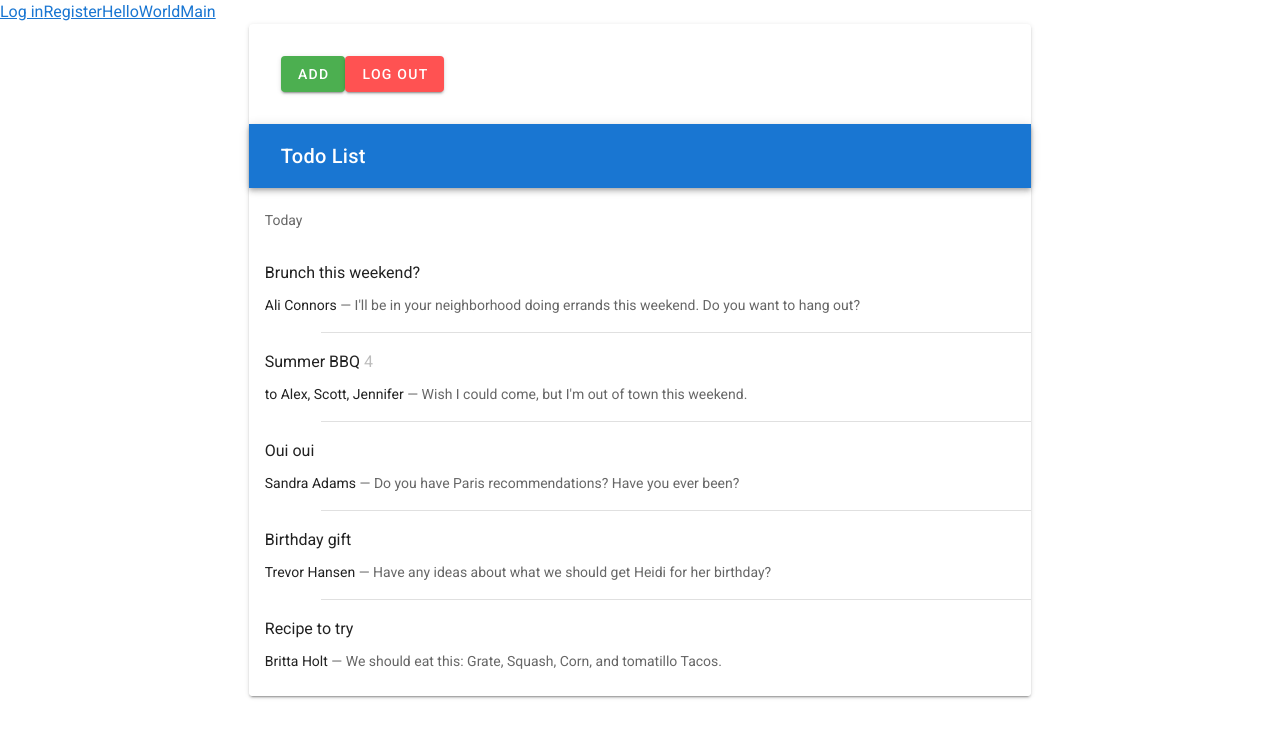
Repository: pao741/vue-todo
Page: /
These files come from the project's save history. The page is drawn as it stood at one moment and after the next save; the edit follows.
The browser window is 1280 px wide. The pictures show the whole page.
The project was rebuilt for these pictures with package versions that can differ from the ones it lists, and the page was loaded fresh each time. Also part of the build but not shown: vue.config.js, src/components/Login.vue, src/components/Register.vue, src/components/HelloWorld.vue.

Above is the page before, as saved 2021-02-11 13:09:55.

### src/main.js
import Vue from 'vue';
import Vuex from 'vuex';
// import VueRouter from 'vue-router';
import App from './App.vue';
import vuetify from './plugins/vuetify';
import firebase from './plugins/firebase';
import router from './router';

import 'vuetify/dist/vuetify.min.css';

Vue.config.productionTip = false;
Vue.use(Vuex);

const store = new Vuex.Store({
  state: {
    authenticated: false,
  },
  actions: {
    login(state) {
      state.authenticated = true;
    },
    logout(state) {
      state.authenticated = false;
    },
  },
});

new Vue({
  vuetify,
  router,
  firebase,
  store: store,
  render: (h) => h(App),
}).$mount('#app');

### src/App.vue
<template>
  <v-app>
    <v-main>
      <div>
        <router-link to="Login">Log in</router-link>
        <router-link to="Register">Register</router-link>
        <router-link to="HelloWorld">HelloWorld</router-link>
        <router-link to="/">Main</router-link>
        <router-view />
      </div>
    </v-main>
  </v-app>
</template>

<script>
// import Login from "./components/Login";

export default {
  name: "App",

  components: {
    // Login
  },

  data: () => ({
    //
  })
};
</script>

### src/plugins/firebase.js
import firebase from 'firebase/app';
import 'firebase/auth';

const firebaseConfig = {
  apiKey: 'AIzaSyDDoWONGwbdeV8-j0yTCmUjzBNPDUFN7Q8',
  authDomain: 'vue-todo-ae3e5.firebaseapp.com',
  projectId: 'vue-todo-ae3e5',
  storageBucket: 'vue-todo-ae3e5.appspot.com',
  messagingSenderId: '816401963007',
  appId: '1:816401963007:web:1f3f49cc385198e51af9ca',
  measurementId: 'G-G9PREJ9C9D',
};
// Initialize Firebase
firebase.initializeApp(firebaseConfig);
// firebase.analytics();
firebase.auth().setPersistence(firebase.auth.Auth.Persistence.LOCAL);

export default firebase;

### src/router/index.js
import Vue from 'vue';
import VueRouter from 'vue-router';
// import firebase from '../plugins/firebase';

import Login from '../components/Login';
import Main from '../components/Main';
import Register from '../components/Register';
import HelloWorld from '../components/HelloWorld';

Vue.use(VueRouter);

const routes = [
  {
    path: '/HelloWorld',
    name: 'HelloWorld',
    component: HelloWorld,
    meta: {
      authenticated: true,
    },
  },
  {
    path: '/',
    name: 'Main',
    component: Main,
    meta: {
      authenticated: true,
    },
  },
  {
    path: '/login',
    name: 'Login',
    component: Login,
  },
  {
    path: '/register',
    name: 'Register',
    component: Register,
  },
];

const router = new VueRouter({
  mode: 'hash',
  routes,
});

const beforeRouteEnter = async (to, from, next) => {
  if (to.meta.requiredAuthentication) {
    if (Vue.$store.state.auth.authenticated) {
      next();
    } else {
      next({ name: 'login' });
    }
  } else {
    next();
  }
};

router.beforeEach(beforeRouteEnter);

Vue.$router = router;

export default router;

### src/components/Main.vue
<template>
  <v-app>
    <div class="text-center">
      <v-dialog v-model="adding" @click:outside="adding = false" width="500">
        <v-card v-click-outside="">
          <v-card-title class="headline grey lighten-2">
            Fill in the form
          </v-card-title>
          <v-row justify="center" class="ma-5">
            <v-col>
              <v-text-field class="header" placeholder="Title"></v-text-field>
              <v-text-field class="header" placeholder="Title"></v-text-field>
              <v-row justify="center">
                <v-date-picker v-model="date"></v-date-picker>
              </v-row>
            </v-col>
          </v-row>
          <v-row justify="center" class="ma-1">
            <v-col>
              <v-btn justify="center" color="success" @click="adding = false">
                Submit
              </v-btn>
              <v-btn justify="center" color="error" @click="adding = false">
                Close
              </v-btn>
            </v-col>
          </v-row>
        </v-card>
      </v-dialog>
    </div>
    <v-card class="mx-auto">
      <v-row justify="center" class="ma-5">
        <v-col>
          <v-btn justify="center" color="success" @click="adding = true">
            Add
          </v-btn>
          <v-btn justify="center" color="error" @click="logOut">Log out</v-btn>
        </v-col>
      </v-row>
      <v-toolbar color="primary" dark>
        <v-card-title>Todo List</v-card-title>
      </v-toolbar>

      <v-list three-line>
        <template v-for="(item, index) in items">
          <v-subheader
            v-if="item.header"
            :key="item.header"
            v-text="item.header"
          ></v-subheader>

          <v-divider
            v-else-if="item.divider"
            :key="index"
            :inset="item.inset"
          ></v-divider>

          <v-list-item v-else :key="item.title">
            <v-list-item-content>
              <v-list-item-title v-html="item.title"></v-list-item-title>
              <v-list-item-subtitle
                v-html="item.subtitle"
              ></v-list-item-subtitle>
            </v-list-item-content>
          </v-list-item>
        </template>
      </v-list>
    </v-card>
  </v-app>
</template>

<script>
import firebase from "firebase";

const LOCAL_STORAGE_KEY = "todo-app-vue";
export default {
  //   name: "Log In"
  data: () => ({
    date: null,
    adding: false,
    todos: JSON.parse(localStorage.getItem(LOCAL_STORAGE_KEY)) || [
      { text: "Learn JavaScript ES6+ goodies", isDone: true },
      { text: "Learn Vue", isDone: false },
      { text: "Build something awesome", isDone: false }
    ],
    editing: null,
    items: [
      { header: "Today" },
      {
        title: "Brunch this weekend?",
        subtitle: `<span class="text--primary">Ali Connors</span> &mdash; I'll be in your neighborhood doing errands this weekend. Do you want to hang out?`
      },
      { divider: true, inset: true },
      {
        title: 'Summer BBQ <span class="grey--text text--lighten-1">4</span>',
        subtitle: `<span class="text--primary">to Alex, Scott, Jennifer</span> &mdash; Wish I could come, but I'm out of town this weekend.`
      },
      { divider: true, inset: true },
      {
        title: "Oui oui",
        subtitle:
          '<span class="text--primary">Sandra Adams</span> &mdash; Do you have Paris recommendations? Have you ever been?'
      },
      { divider: true, inset: true },
      {
        title: "Birthday gift",
        subtitle:
          '<span class="text--primary">Trevor Hansen</span> &mdash; Have any ideas about what we should get Heidi for her birthday?'
      },
      { divider: true, inset: true },
      {
        title: "Recipe to try",
        subtitle:
          '<span class="text--primary">Britta Holt</span> &mdash; We should eat this: Grate, Squash, Corn, and tomatillo Tacos.'
      }
    ]
  }),
  methods: {
    logOut() {
      firebase
        .auth()
        .signOut()
        .then(() => {
          // Sign-out successful.
          // console.log("sign out successful");
          this.$router.push("/login");
        })
        .catch(error => {
          // An error happened.
          alert(error);
        });
    }
  },
  watch: {
    todos: {
      deep: true,
      handler(newValue) {
        localStorage.setItem(LOCAL_STORAGE_KEY, JSON.stringify(newValue));
      }
    }
  }
};
</script>

Loaded but not shown: public/index.html (common file); src/plugins/vuetify.js (common file)

After the next save:
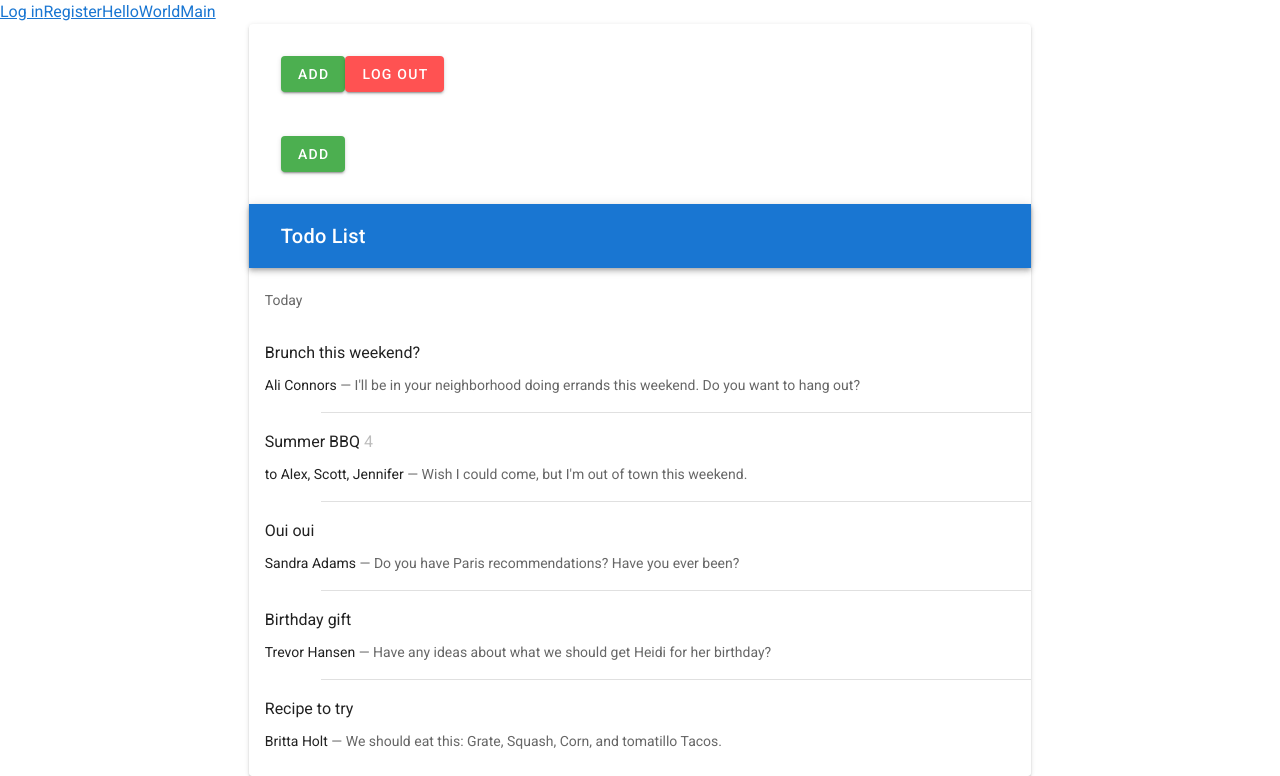
Saved 23 s later.
--- a/src/components/Main.vue
+++ b/src/components/Main.vue
@@ -35,6 +35,13 @@
             Add
           </v-btn>
           <v-btn justify="center" color="error" @click="logOut">Log out</v-btn>
+        </v-col>
+      </v-row>
+      <v-row justify="center" class="ma-5">
+        <v-col>
+          <v-btn justify="center" color="success" @click="adding = true">
+            Add
+          </v-btn>
         </v-col>
       </v-row>
       <v-toolbar color="primary" dark>
